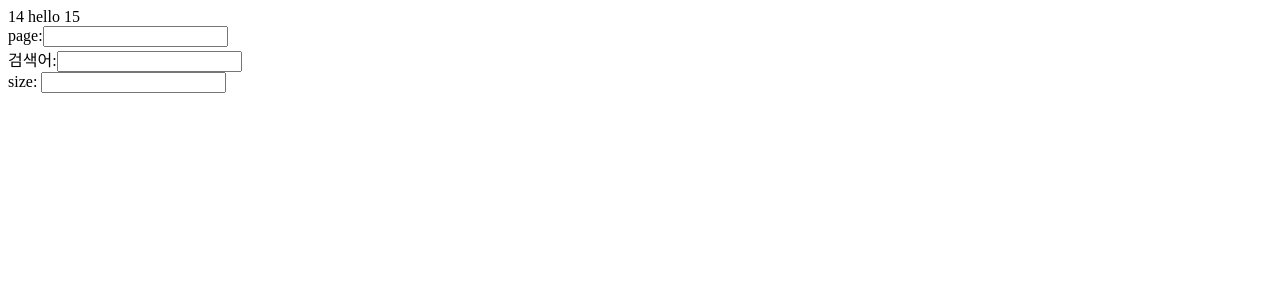
Repository: 12hongkildong/ttest
Page: http://localhost/webPrj/input?p=14&q=hello&s=15
An editor plug-in stored every save of this project. The page is shown before and after a run of saves, followed by the edit.
The browser window is 1280 px wide. The pictures show the whole page.
The page is served by Tomcat 10.

Above is the page before, as saved 2023-02-17 07:50:04.

After the next 2 saves:
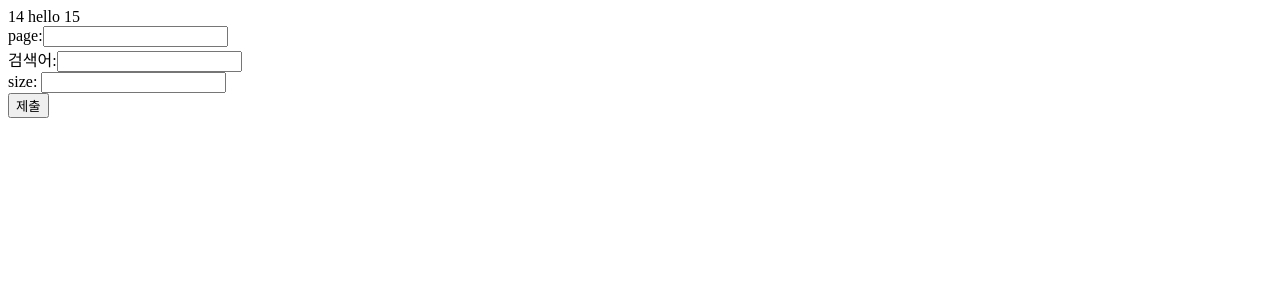
The 2 saves are shown as one change because 1 did not build or start.
The last was saved 15 min 23 s later.
--- a/workspace/webPrj/src/main/java/com/newlecture/web/InputController.java
+++ b/workspace/webPrj/src/main/java/com/newlecture/web/InputController.java
@@ -58,6 +58,9 @@ public class InputController extends HttpServlet{
 //		<a href="/input?p=3&q=hello&s=15">1</a>
 //		d위와 같이 이미 정해진 값 중 하나의 링크를 선택함으로 입력을 요청하게 된다.
 //		반면 사용자가 값을 직접 입력하게 하고 싶다면 어떻게 할까? 그때는 form을 제공함으로 입력을 하게 한다.
+
+
+
 		out.write("<form action=\"/input\">");
 		out.write("<label>page:</label>");
 			out.write("<input type=\"text\" name=\"p\"><br>");
@@ -65,6 +68,7 @@ public class InputController extends HttpServlet{
 			out.write("<input type=\"text\" name=\"q\"><br>");
 			out.write("<label>size:</label>");
 			out.write("	<input type=\"text\" name=\"size\"><br>");
+			out.write("<input type=\"submit\" value=\"제출\">");
 		out.write("</form>");
 
 
@@ -76,6 +80,8 @@ public class InputController extends HttpServlet{
 //			out.write(" <label>size:</label>");
 //			out.write(" <input type=\"text\" name=\"size\">");
 //		out.write("</form>");
+
+
 
 //		3. 쿠키 입력
 
